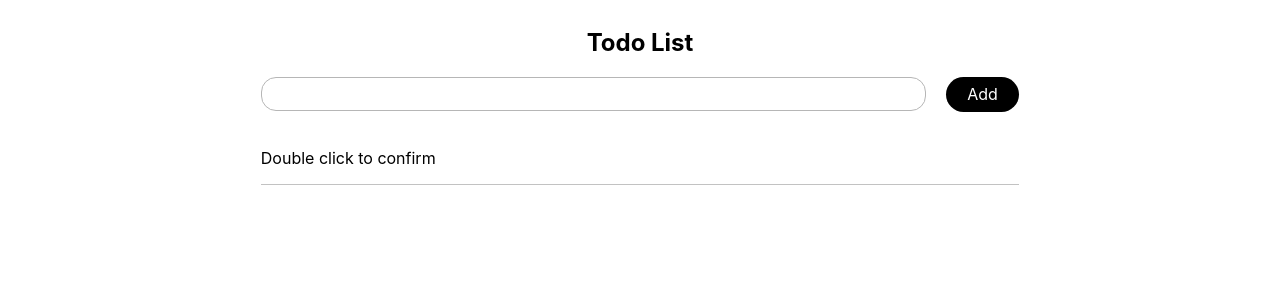
Repository: irenewuu/comp4130_checklist
Page: index.html
An editor plug-in stored every save of this project. The page is shown before and after the next save, followed by the edit.
The browser window is 1280 px wide. The page is 1280 px wide, then 1288 px, so the pictures cover 1288 px, including what lies to the right of the window. The pictures show the whole page.

Above is the page before, as saved 2022-01-12 15:28:19.

After the next save:
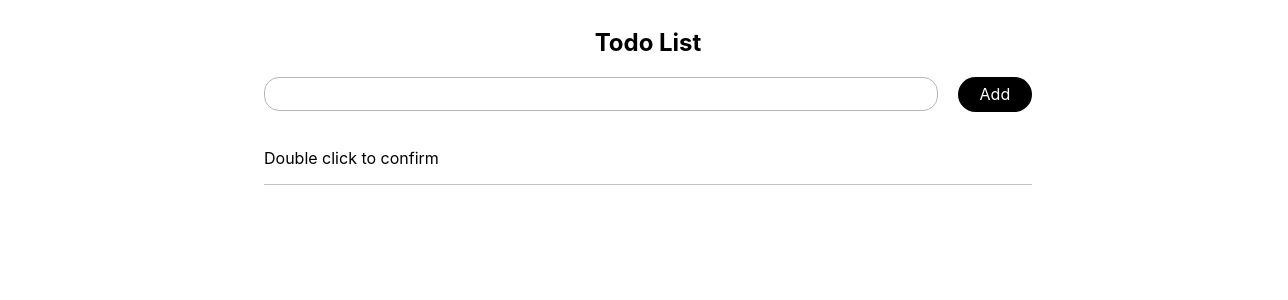
Saved 35 s later.
--- a/style.css
+++ b/style.css
@@ -1,3 +1,12 @@
+body {
+  width: 100%;
+  height: 100%;
+  display: flex;
+  flex-direction: column;
+  justify-content: center;
+  align-items: center;
+}
+
 .main {
   width: 100%;
   height: 100%;
